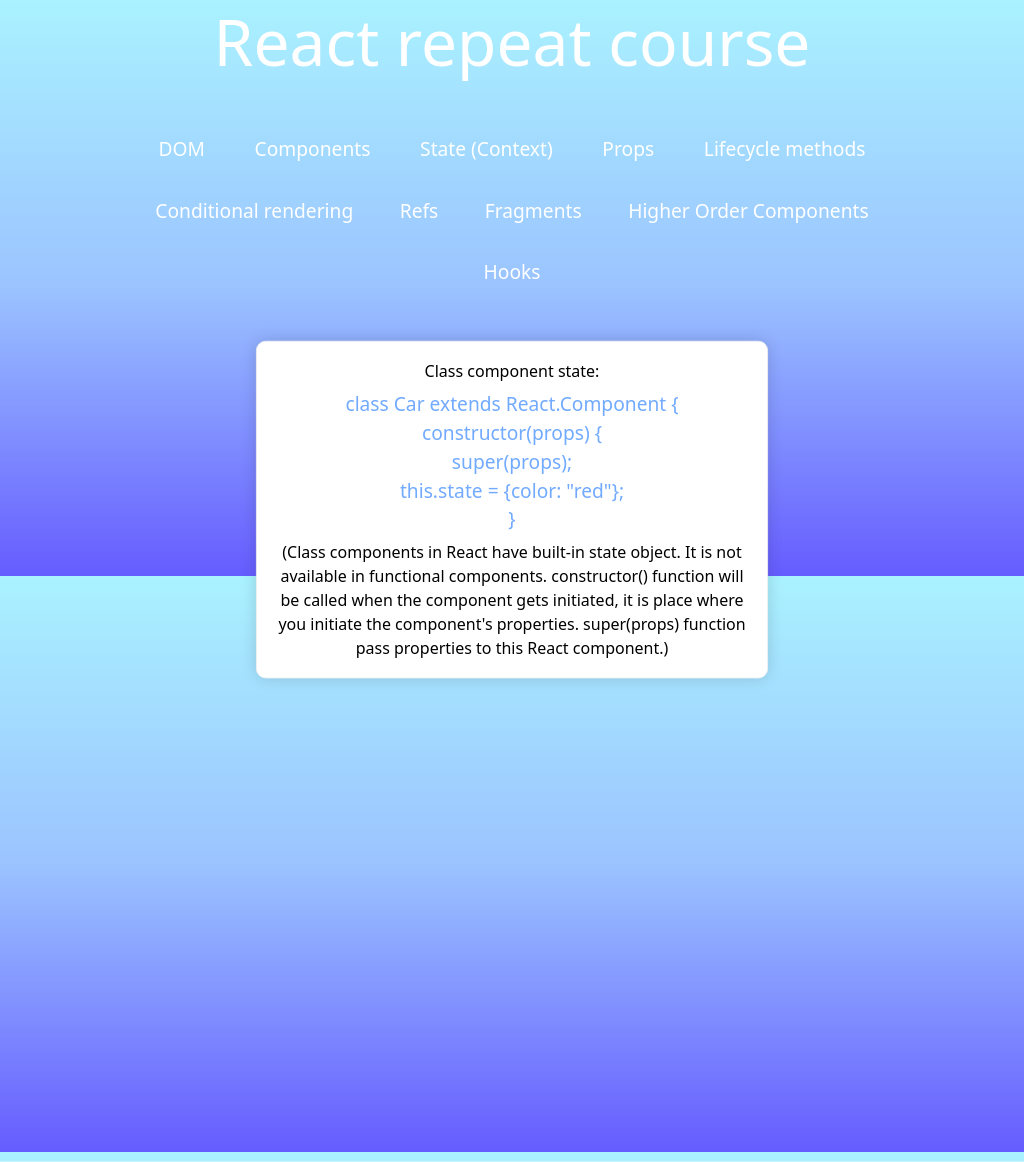
Repository: michalgornicki/github
Page: /#/State
The author's editor kept a copy of each file at every save. The page is drawn from the files as they stood at one save, then again after a run of saves.
The browser window is 1280 px wide. The pictures show the whole page, at 80% of full size.
Backgrounds fixed to the window are drawn as part of the page. The project was rebuilt for these pictures with package versions that can differ from the ones it lists, and the page was loaded fresh each time. Also part of the build but not shown: src/components/dom.jsx, src/components/components.jsx, src/components/props.jsx, src/components/lifecycle.jsx, src/components/conditional.jsx, src/components/refs.jsx, src/components/fragments.jsx, src/components/hoc.jsx and 1 more.

Above is the page before, as saved 2022-02-07 12:53:31.

After the next 3 saves:
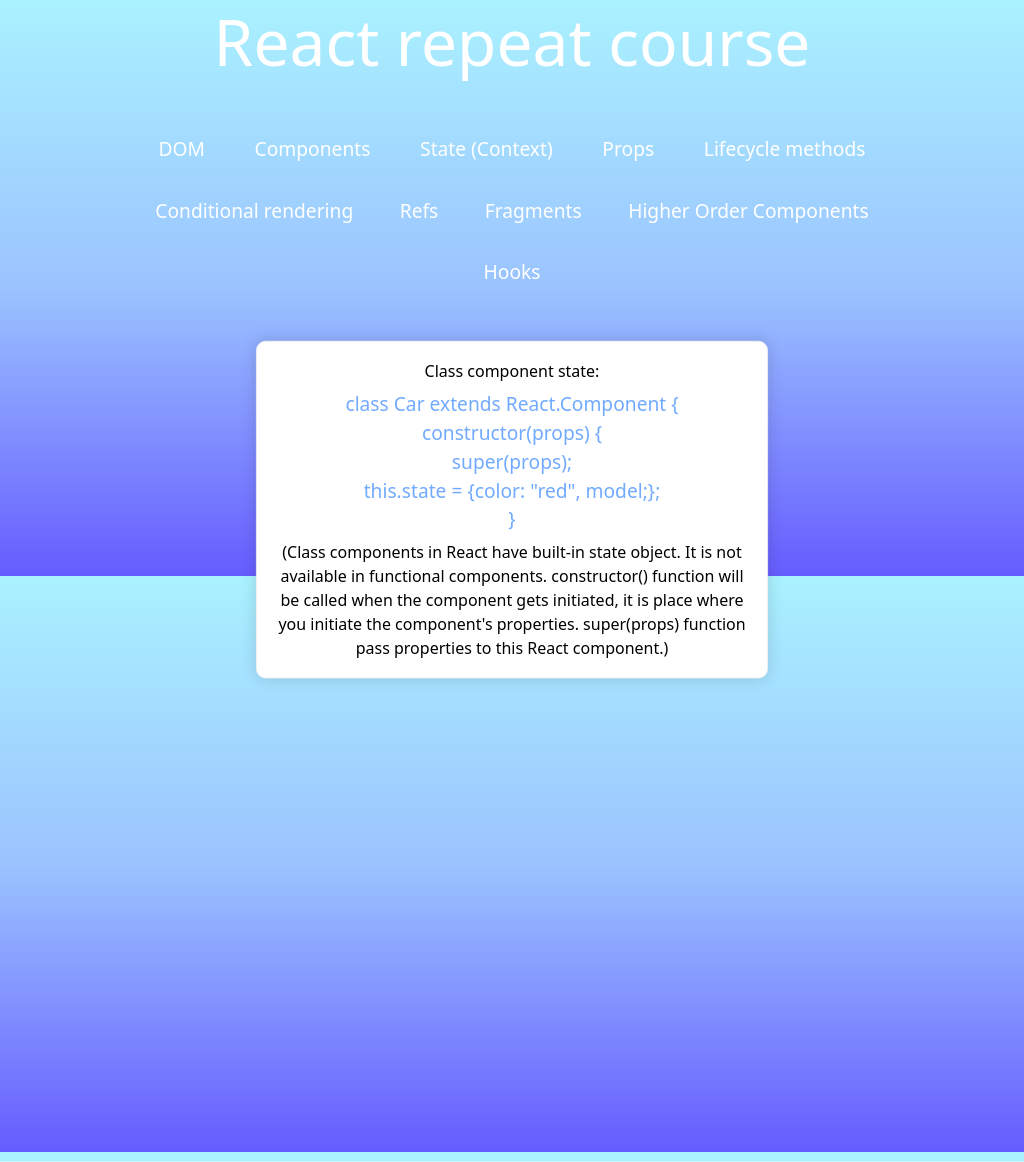
The 3 saves are shown as one change because they came seconds apart.
The last was saved 60 s later.
--- a/src/components/state.jsx
+++ b/src/components/state.jsx
@@ -8,7 +8,7 @@
           {`class Car extends React.Component {`} <br />
           {`constructor(props) {`} <br />
           {`super(props);`}{" "} <br />
-          {`this.state = {color: "red"};`}{" "} <br />
+          {`this.state = {color: "red", model;};`}{" "} <br />
           {`}`}{" "}
         </div>{" "}
         (Class components in React have built-in state object. It is not available in functional components. constructor() function will be called when the component gets initiated, it is place where you initiate the component's properties. super(props) function pass properties to this React component.)
